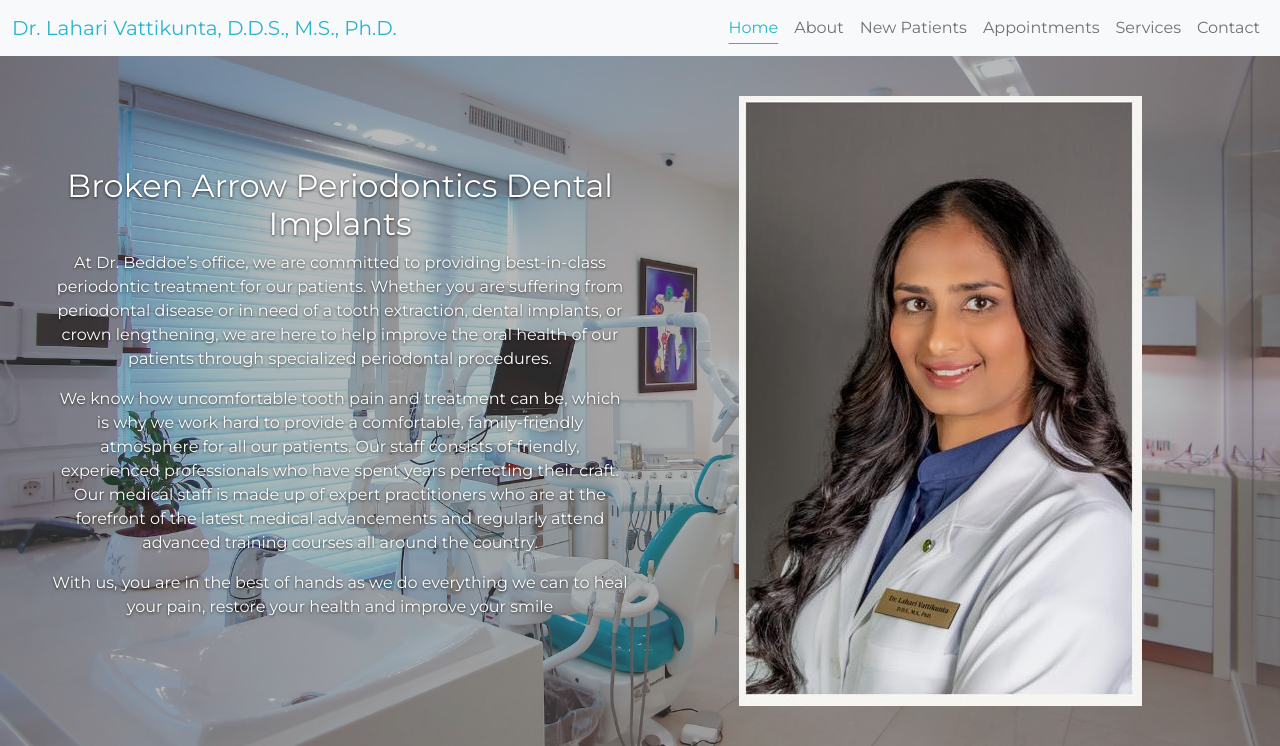
Repository: vineetha2438/baperio
Page: index.html
These files come from the project's save history. The page is drawn as it stood at one moment and after the next save; the edit follows.
The browser window is 1280 px wide. The pictures show the whole page.

Above is the page before, as saved 2022-11-13 19:50:30.

After the next save:
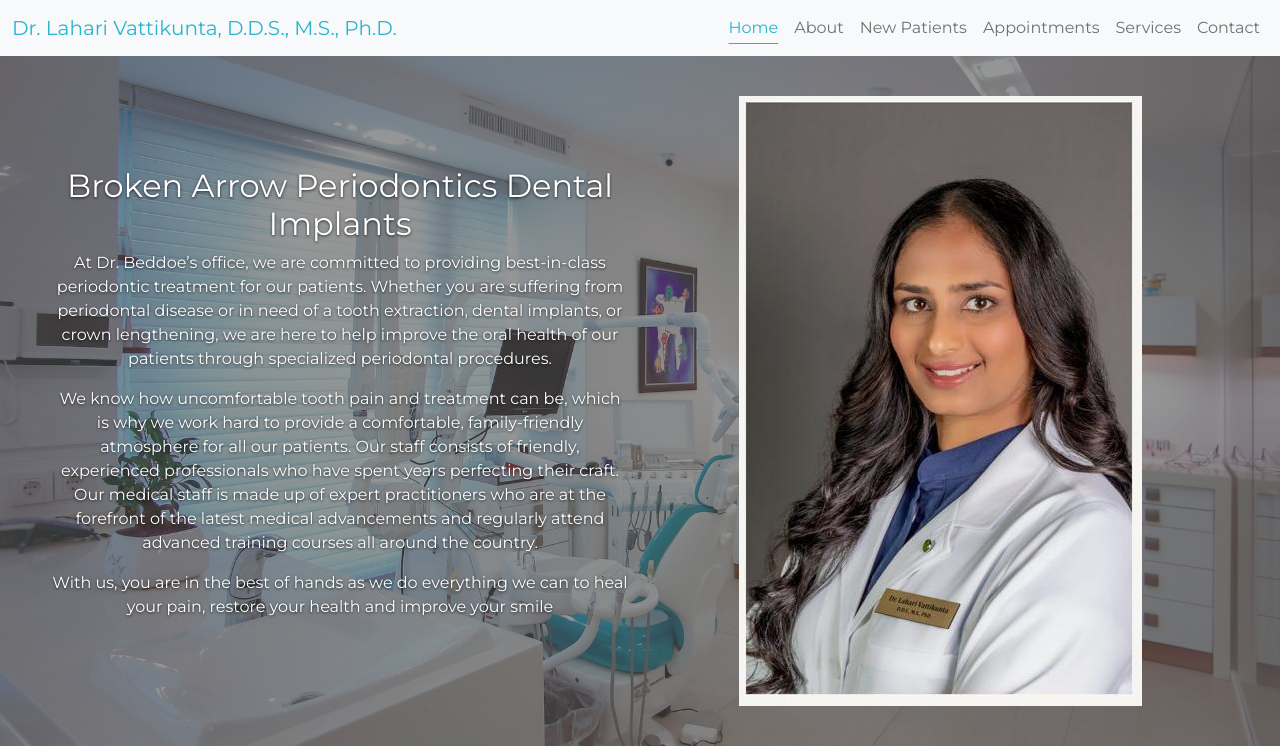
Saved 22 h 47 min later.
--- a/index.css
+++ b/index.css
@@ -13,7 +13,7 @@
 }
 
 .clinic-bg {
-  opacity: 0.6;
+  opacity: 0.4;
   position: absolute;
   left: 0;
   top: 0;
